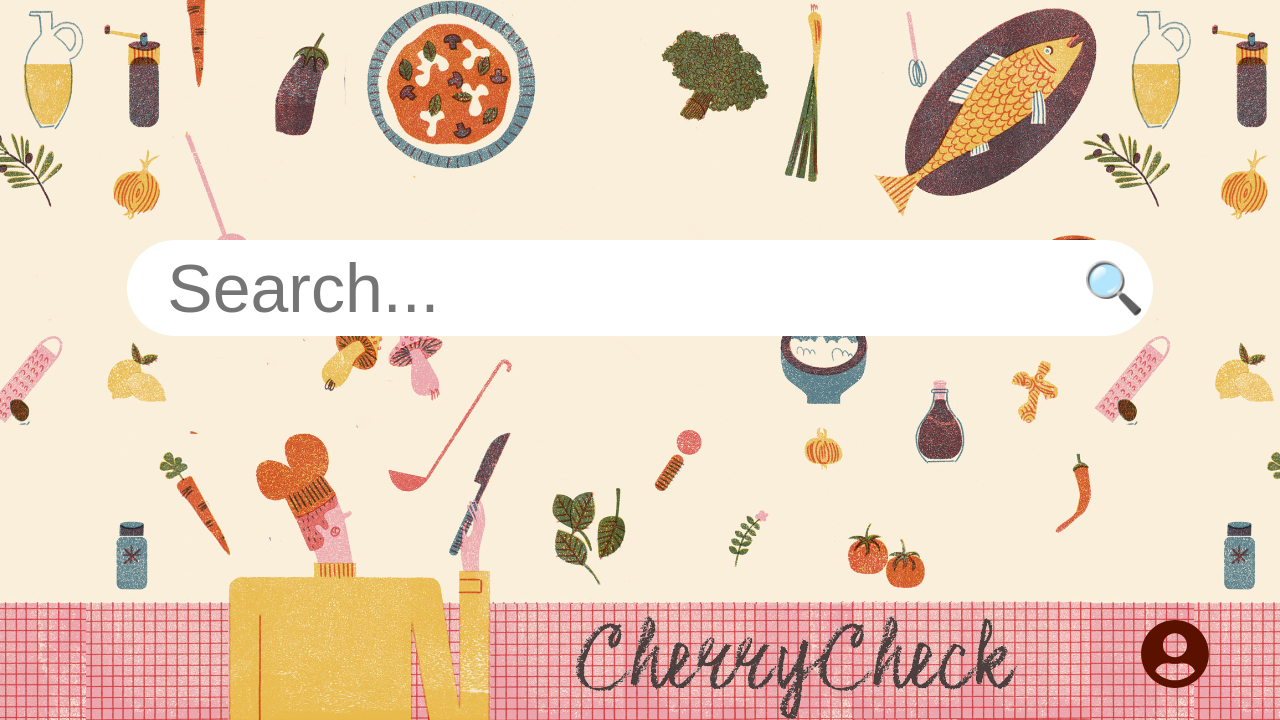
Repository: ChakavakNojavan/CherryCheck
Page: / (app in client/)
The author's editor kept a copy of each file at every save. The page is drawn from the files as they stood at one save, then again after the next save.
The browser window is 1280 px wide. The pictures show the whole page.
The project was rebuilt for these pictures with package versions that can differ from the ones it lists, and the page was loaded fresh each time. Also part of the build but not shown: client/src/components/Loading.js, client/src/components/SingleProduct.js, client/src/components/UserProfile.js. Imported but missing from the stored project, and not drawn on this page: client/src/components/LogoutButton.

Above is the page before, as saved 2023-04-12 12:24:43.

After the next save:
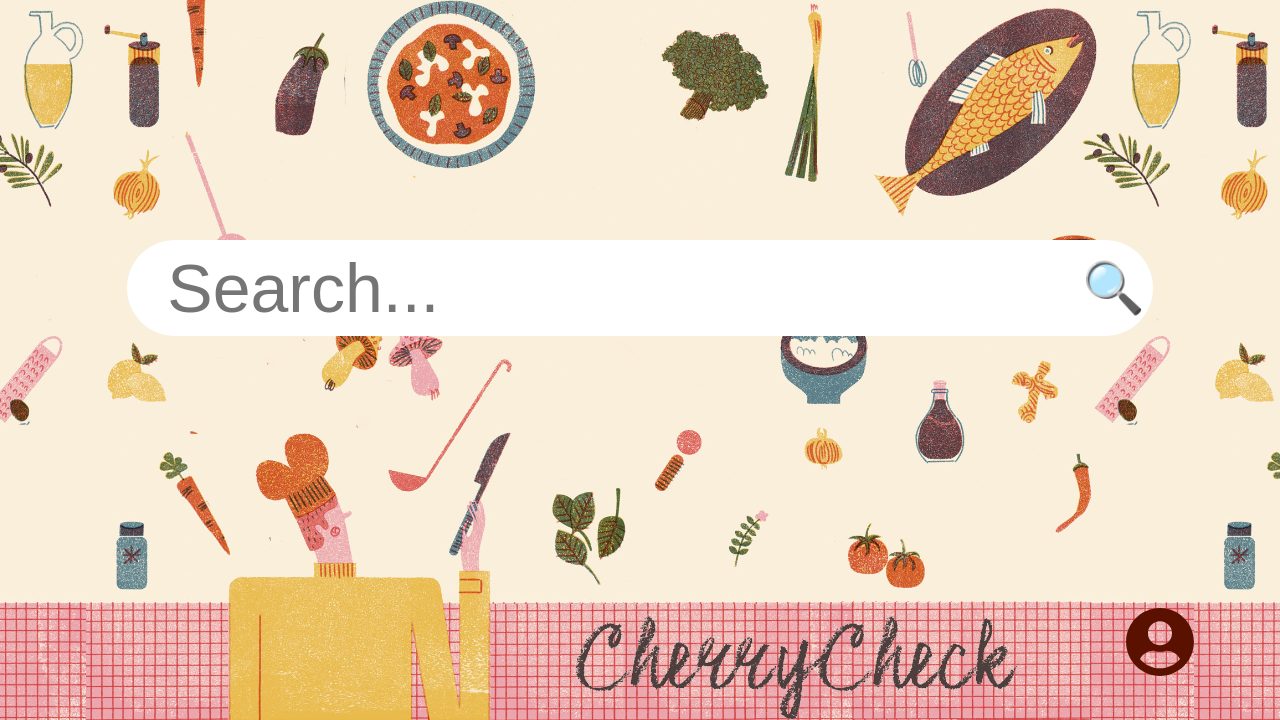
Saved 3 min 26 s later.
--- a/client/src/components/LoginButton.js
+++ b/client/src/components/LoginButton.js
@@ -13,8 +13,8 @@ const IconContainer = styled.div`
   display: inline-flex;
   align-items: center;
   justify-content: center;
-  width: 70px;
-  height: 70px;
+  width: 100px;
+  height: 100px;
   &:hover {
     cursor: pointer;
   }
